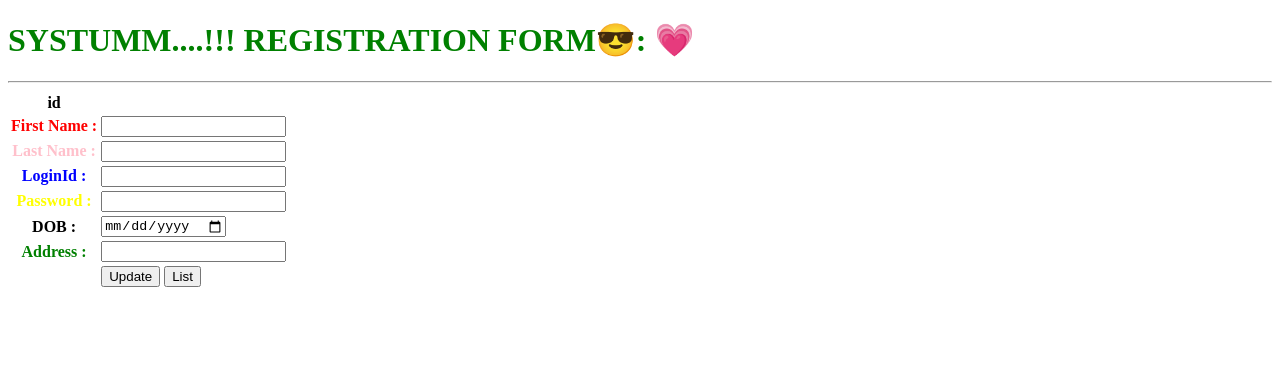
Repository: Jatdevta/AdvanceJava
Page: http://localhost/DynamicProject/UpdateUser.jsp
The author's editor kept a copy of each file at every save. The page is drawn from the files as they stood at one save, then again after the next save.
The browser window is 1280 px wide. The pictures show the whole page.
The page is served by Tomcat 9. Other server files are loaded and not shown.

Above is the page before, as saved 2023-08-21 09:37:34.

### Advancejava/DynamicProject/WebContent/UpdateUser.jsp
<%@ page language="java" contentType="text/html; charset=ISO-8859-1"
	pageEncoding="ISO-8859-1"%>
<!DOCTYPE html>
<html>
<head>
<meta charset="ISO-8859-1">
<title>Insert title here</title>
</head>
<body>

	<form action="UserCtl" method="post">
		<table>

			<tr>
				<th>id</th>
				<td><input type="hidden" name="id"></td>
			</tr>

			<tr>
				<h1>
					<font color="green">SYSTUMM....!!! REGISTRATION
						FORM&#128526: &#128151 </font>
				</h1>
				<hr>
				<th style="color: red;">First Name :</th>
				<td><input type="text" name="firstName"></td>
			</tr>
			<tr>
				<th style="color: pink;">Last Name :</th>
				<td><input type="text" name="lastName"></td>
			</tr>
			<tr>
				<th style="color: blue;">LoginId :</th>
				<td><input type="text" name="loginId"></td>
			</tr>
			<tr>
				<th style="color: yellow;">Password :</th>
				<td><input type="password" name="password"></td>
			</tr>
			<tr>
				<th style="color: voilet;">DOB :</th>
				<td><input type="date" name="dob"></td>
			</tr>
			<tr>
				<th style="color: green;">Address :</th>
				<td><input type="text" name="address"></td>
			</tr>
			<tr>
				<th></th>
				<td><input type="Submit" name="operation" value="Update">
					<input type="submit" name="operation" value="List"></td>
			</tr>
		</table>
	</form>
</body>
</html>

### Advancejava/DynamicProject/src/in/co/rays/bean/UserBean.java
package in.co.rays.bean;

import java.util.Date;

public class UserBean {
	private int id ;
	private String FirstName;
	private String LastName ;
	private String LoginId;
	private String Password;
	private String Address;
	private Date Dob;
	public int getId() {
		return id;
	}
	public void setId(int id) {
		this.id = id;
	}
	public String getFirstName() {
		return FirstName;
	}
	public void setFirstName(String firstName) {
		FirstName = firstName;
	}
	public String getLastName() {
		return LastName;
	}
	public void setLastName(String lastName) {
		LastName = lastName;
	}
	public String getLoginId() {
		return LoginId;
	}
	public void setLoginId(String loginId) {
		LoginId = loginId;
	}
	public String getPassword() {
		return Password;
	}
	public void setPassword(String password) {
		Password = password;
	}
	public String getAddress() {
		return Address;
	}
	public void setAddress(String address) {
		Address = address;
	}
	public Date getDob() {
		return Dob;
	}
	public void setDob(Date dob) {
		Dob = dob;
	}




}

After the next save:
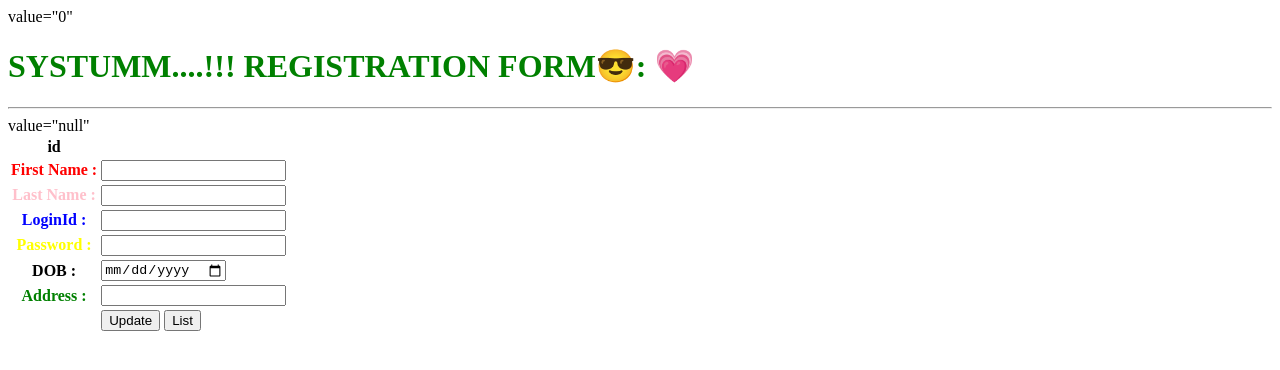
Saved 7 min 3 s later.
--- a/Advancejava/DynamicProject/WebContent/UpdateUser.jsp
+++ b/Advancejava/DynamicProject/WebContent/UpdateUser.jsp
@@ -1,3 +1,4 @@
+<%@page import="in.co.rays.bean.UserBean"%>
 <%@ page language="java" contentType="text/html; charset=ISO-8859-1"
 	pageEncoding="ISO-8859-1"%>
 <!DOCTYPE html>
@@ -7,6 +8,9 @@
 <title>Insert title here</title>
 </head>
 <body>
+ <%
+ UserBean bean = new UserBean();
+ %>
 
 	<form action="UserCtl" method="post">
 		<table>
@@ -14,6 +18,7 @@
 			<tr>
 				<th>id</th>
 				<td><input type="hidden" name="id"></td>
+				value="<%=bean.getId() %>"
 			</tr>
 
 			<tr>
@@ -24,10 +29,12 @@
 				<hr>
 				<th style="color: red;">First Name :</th>
 				<td><input type="text" name="firstName"></td>
+				value="<%=bean.getFirstName() %>"
 			</tr>
 			<tr>
 				<th style="color: pink;">Last Name :</th>
 				<td><input type="text" name="lastName"></td>
+
 			</tr>
 			<tr>
 				<th style="color: blue;">LoginId :</th>
